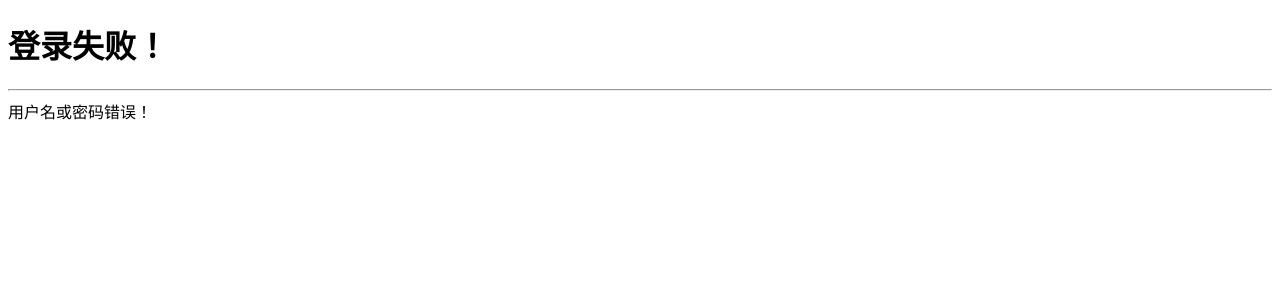
Repository: winxblast/myJavaLearn
Page: http://localhost/JspLoginDemo/login_failure.jsp
These files come from the project's save history. The page is drawn as it stood at one moment and after the next save; the edit follows.
The browser window is 1280 px wide. The pictures show the whole page.
The page is served by Tomcat 9.

Above is the page before, as saved 2017-05-30 06:19:26.

### JavaEE/JspLoginDemo/WebContent/login_failure.jsp
<%@ page language="java" contentType="text/html; charset=UTF-8"
    pageEncoding="UTF-8"%>
<!DOCTYPE html PUBLIC "-//W3C//DTD HTML 4.01 Transitional//EN" "http://www.w3.org/TR/html4/loose.dtd">
<html>
<head>
<meta http-equiv="Content-Type" content="text/html; charset=UTF-8">
<title>登录失败</title>
</head>
<body>
	<h1>登录失败！</h1>
	<hr>
	用户名或密码错误！
</body>
</html>

After the next save:
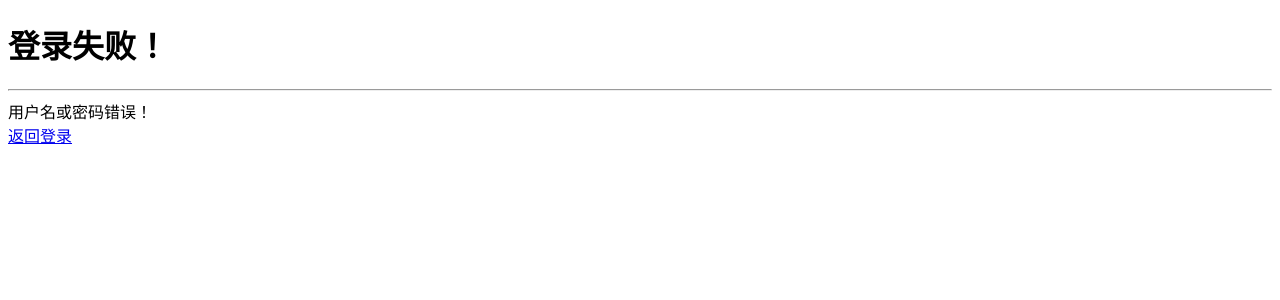
Saved 5 min 1 s later.
--- a/JavaEE/JspLoginDemo/WebContent/login_failure.jsp
+++ b/JavaEE/JspLoginDemo/WebContent/login_failure.jsp
@@ -9,6 +9,7 @@
 <body>
 	<h1>登录失败！</h1>
 	<hr>
-	用户名或密码错误！
+	用户名或密码错误！<br>
+	<a href="login.jsp">返回登录</a>
 </body>
 </html>
